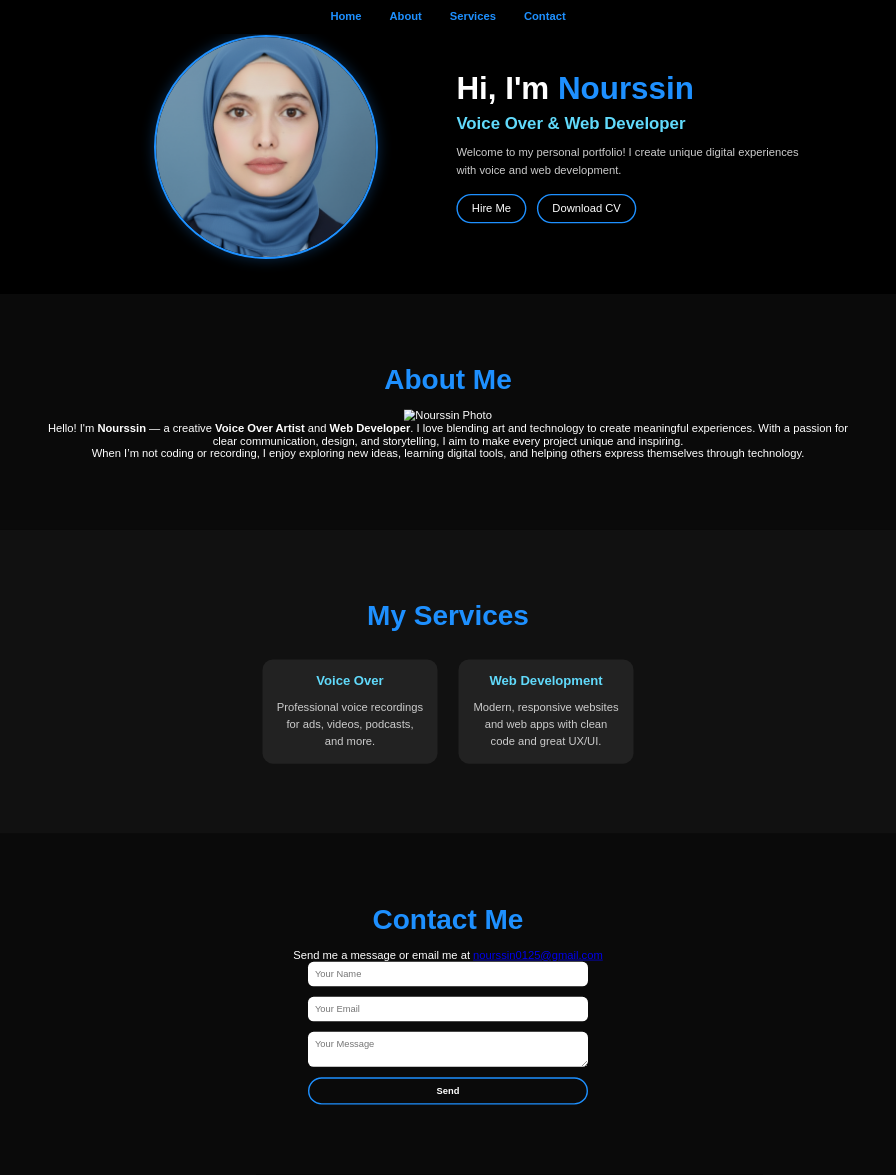
Repository: Abidar-Noura/portfolio
Page: index.html
These files come from the project's save history. The page is drawn as it stood at one moment and after the next save; the edit follows.
The browser window is 1280 px wide. The pictures show the whole page, at 70% of full size.

Above is the page before, as saved 2025-11-02 11:48:03.
Not found: images/nourssin-about.jpg

After the next save:
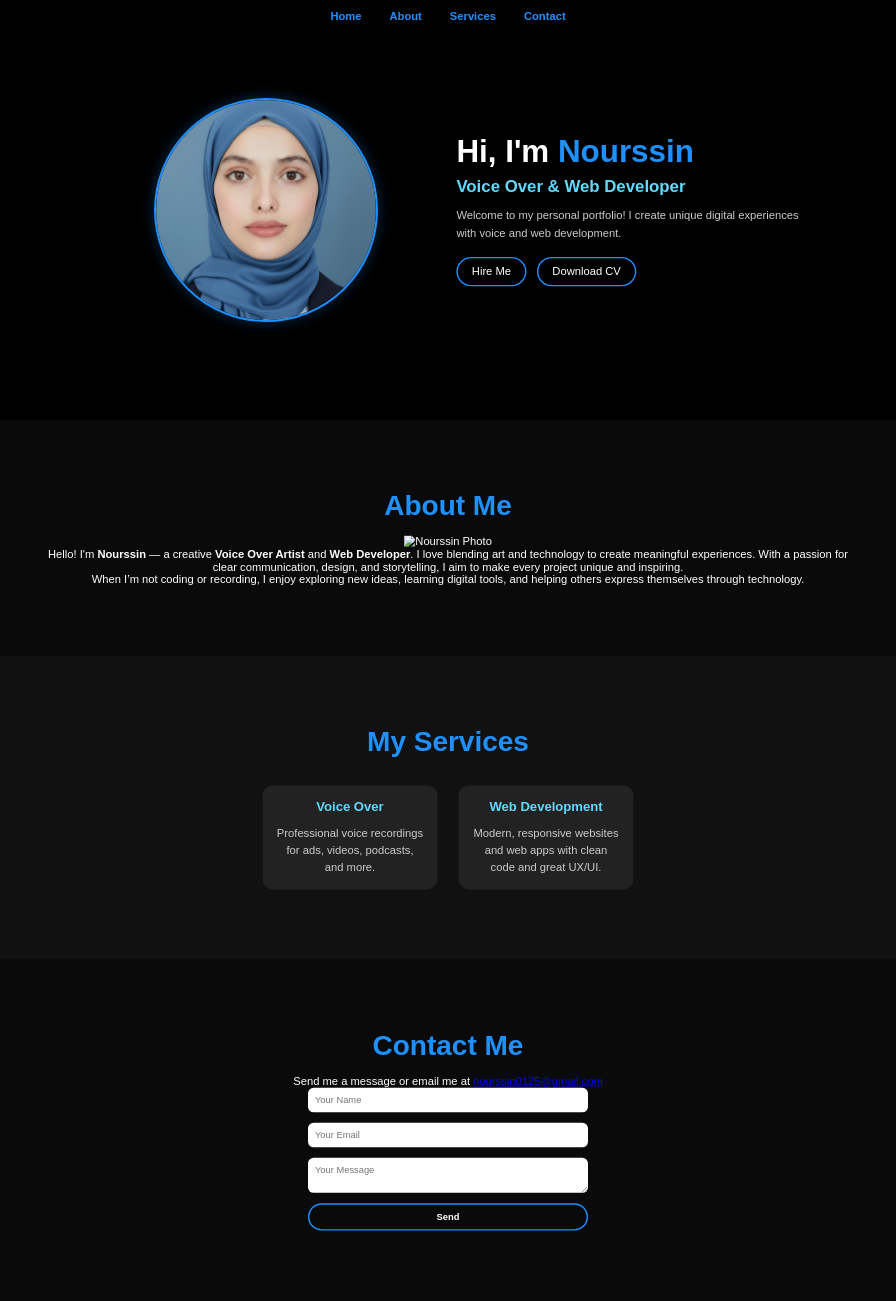
Saved 105 s later.
--- a/style.css
+++ b/style.css
@@ -281,7 +281,7 @@ header nav ul li a:hover {
   display: flex;
   align-items: center;
   justify-content: space-between;
-  padding: 50px 10%;
+  padding: 140px 10%;
   background-color: #000;
   color: #fff;
   flex-wrap: wrap; /* باش يدير responsive */
